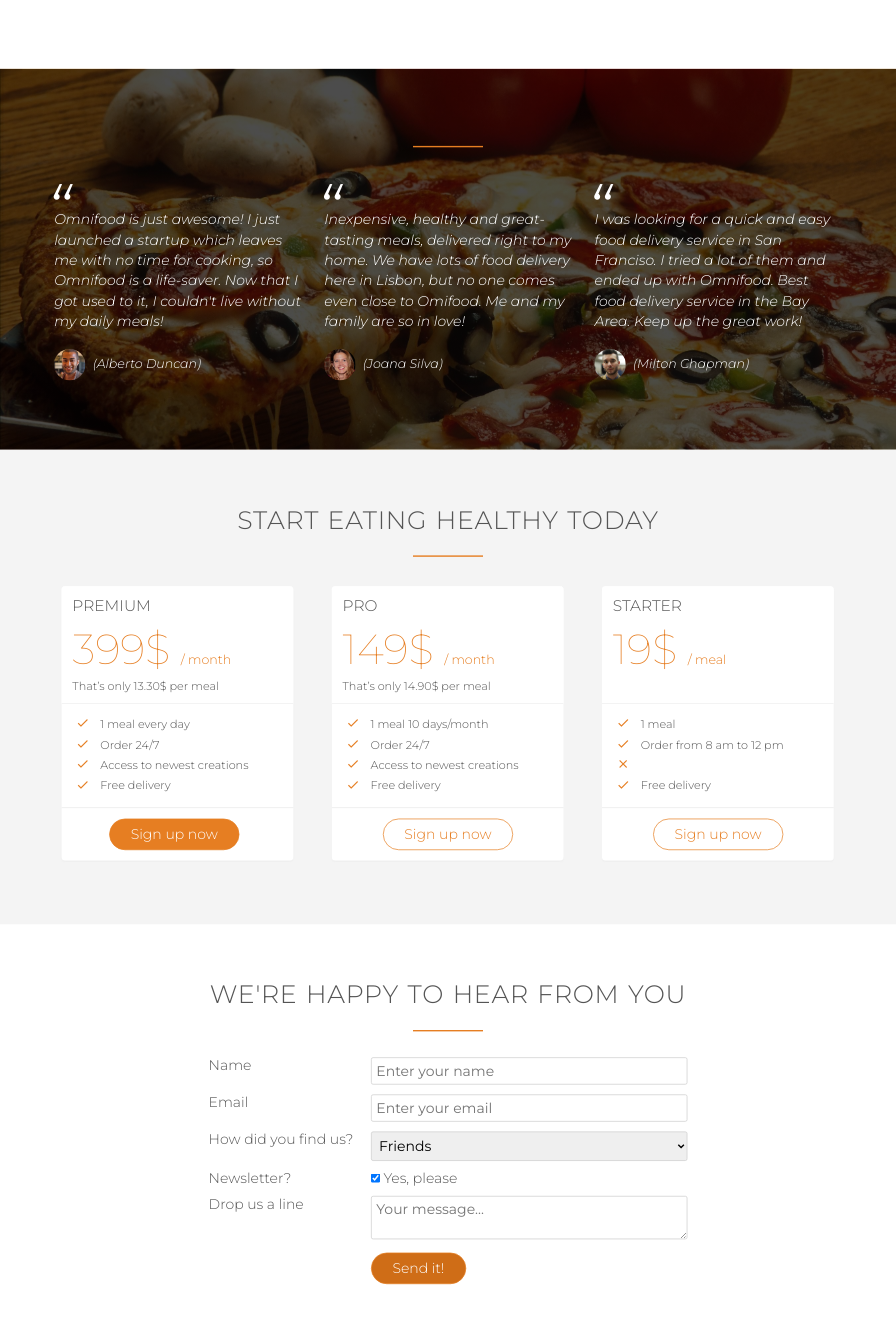
Repository: bbaryn/tasty-food-page
Page: index.html
An editor plug-in stored every save of this project. The page is shown before and after the next save, followed by the edit.
The browser window is 1280 px wide. The pictures show the part of the page from y = 3269 to 5189 px (the page is 5189 px tall), at 70% of full size.
Backgrounds fixed to the window are drawn as part of the page.

Above is the page before, as saved 2019-03-28 11:02:54.

After the next save:
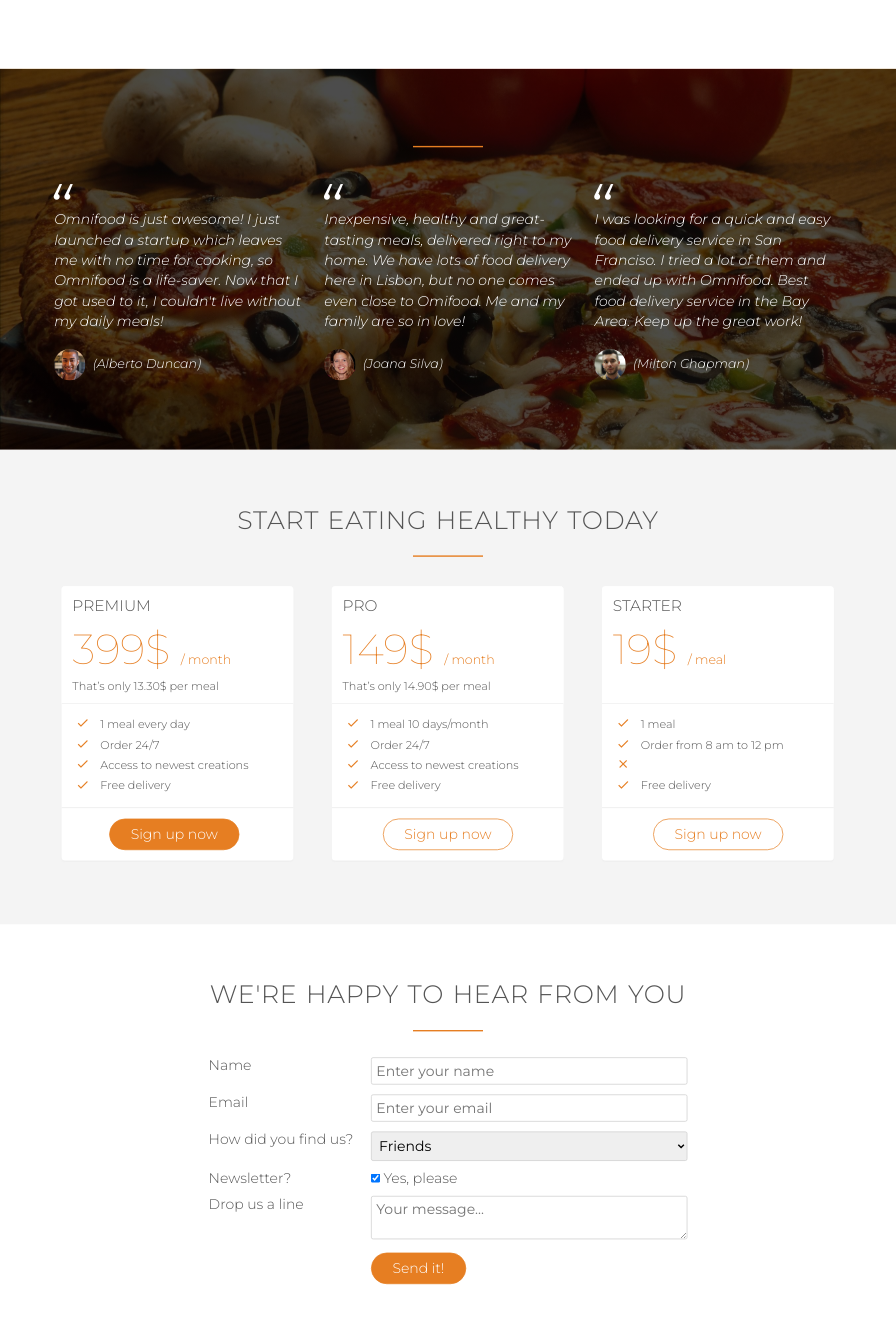
Saved 58 s later.
--- a/resources/css/style.css
+++ b/resources/css/style.css
@@ -166,7 +166,8 @@
 
 .btn:hover,
 .btn:active,
-input[type=submit] {
+input[type=submit]:hover,
+input[type=submit]:active {
     background-color: #cf6d17;
 }
 
